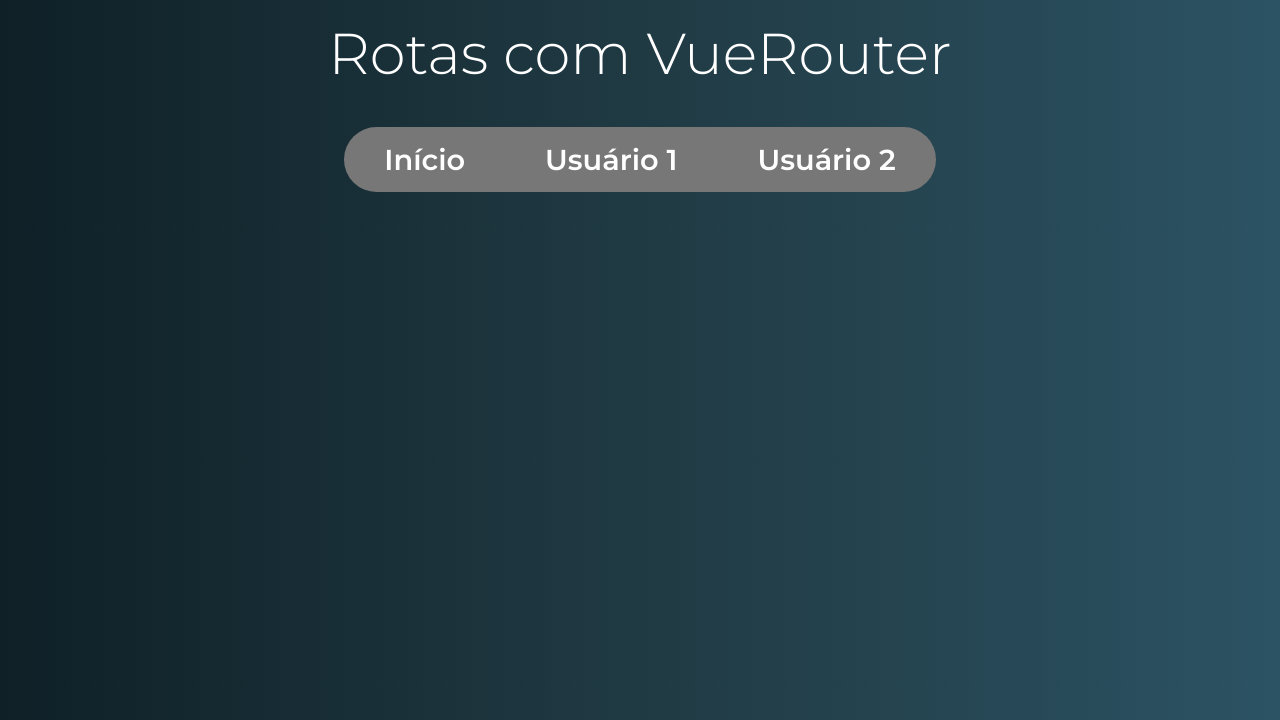
Repository: LucianoBitt/Curso_VueJS
Page: /usuario (app in 14_rotas/rotas-exercicios/)
An editor plug-in stored every save of this project. The page is shown before and after the next save, followed by the edit.
The browser window is 1280 px wide. The pictures show the whole page.
The project was rebuilt for these pictures with package versions that can differ from the ones it lists, and the page was loaded fresh each time. Also part of the build but not shown: 14_rotas/rotas-exercicios/src/components/Inicio.vue.

Above is the page before, as saved 2024-01-30 16:06:15.

After the next save:
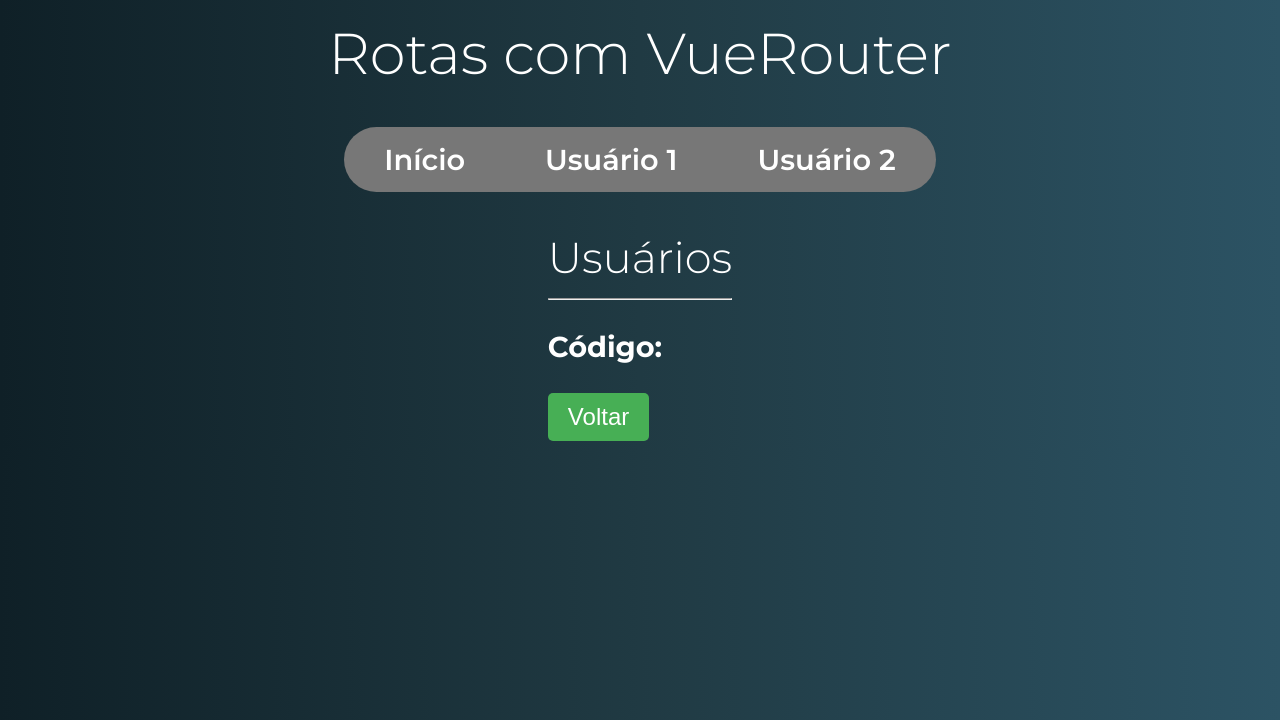
Saved 16 s later.
--- a/14_rotas/rotas-exercicios/src/router.js
+++ b/14_rotas/rotas-exercicios/src/router.js
@@ -11,7 +11,7 @@
         path: '/',
         component: Inicio
     }, {
-        path: '/usuarios',
+        path: '/usuario',
         component: Usuario
     }]
 })

After the 4 saves that followed:
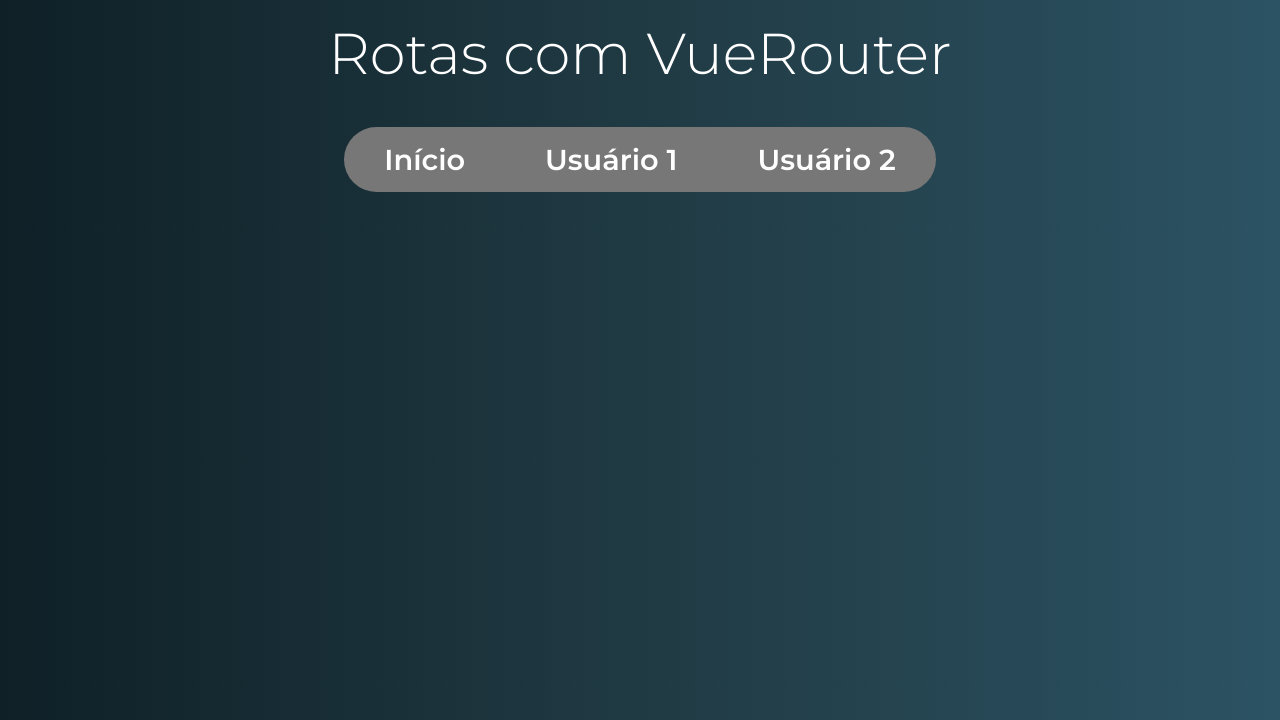
The 4 saves are shown as one change because 2 left the picture as it was and some came seconds apart.
The last was saved 8 min 32 s later.
--- a/14_rotas/rotas-exercicios/src/router.js
+++ b/14_rotas/rotas-exercicios/src/router.js
@@ -6,12 +6,12 @@
 Vue.use(Router)
 
 export default new Router({
-    mode: 'history' + '',
+    mode: 'history',
     routes: [{
         path: '/',
         component: Inicio
     }, {
-        path: '/usuario',
+        path: '/usuario/:id',
         component: Usuario
     }]
 })
